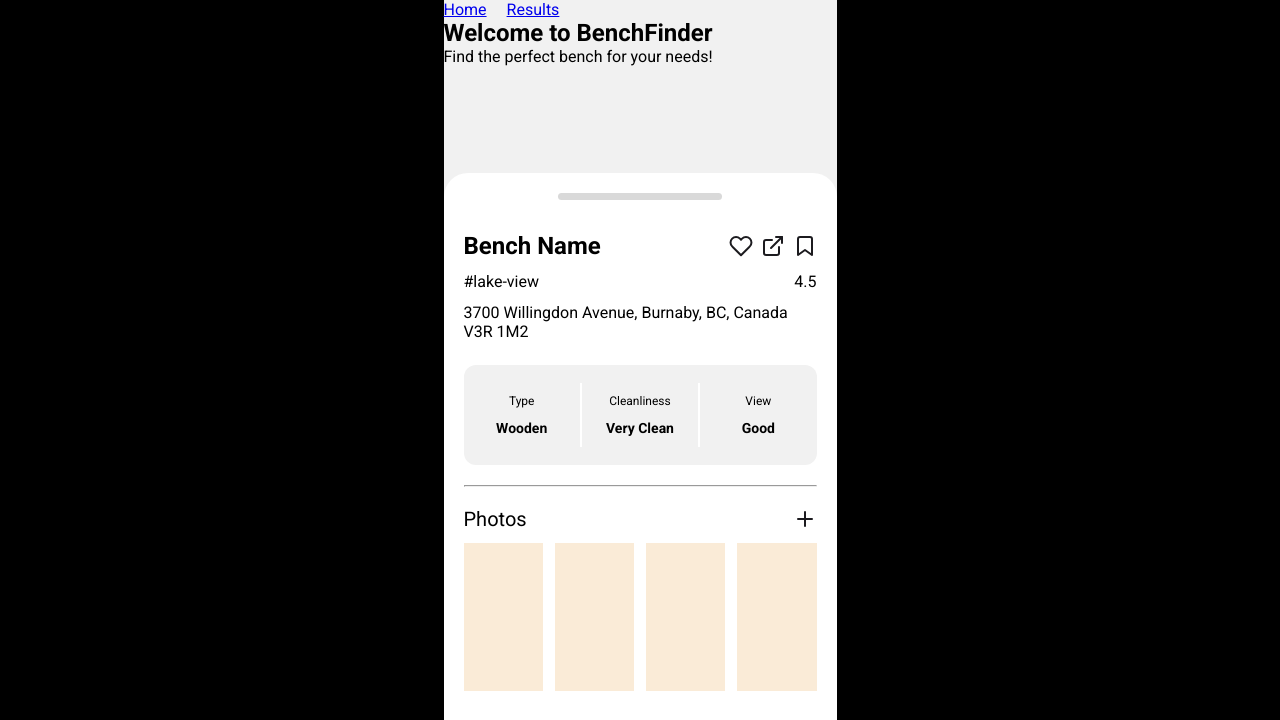
Repository: HidayatPatil/BenchFinder
Page: /
These files come from the project's save history. The page is drawn as it stood at one moment and after the next save; the edit follows.
The browser window is 1280 px wide. The pictures show the whole page.
The project was rebuilt for these pictures with package versions that can differ from the ones it lists, and the page was loaded fresh each time. Also part of the build but not shown: vite.config.js, src/Results.jsx.

Above is the page before, as saved 2025-10-09 22:05:05.

### index.html
<!doctype html>
<html lang="en">
  <head>
    <meta charset="UTF-8" />
    <link rel="icon" type="image/svg+xml" href="/vite.svg" />
    <meta name="viewport" content="width=device-width, initial-scale=1.0" />
    <title>benchfinder</title>
  </head>
  <body>
    <div id="root"></div>
    <script type="module" src="/src/main.jsx"></script>
  </body>
</html>

### src/index.css
@import url("https://fonts.googleapis.com/css2?family=Roboto:wght@400;700&display=swap");

/* Reset default margins and padding */
* {
  margin: 0;
  padding: 0;
  box-sizing: border-box;
}

body,
html {
  width: 100%;
  height: 100%;
  overflow: hidden;
  background-color: black;
  display: flex;
  justify-content: center;
  align-items: center;
  font-family: "Roboto", sans-serif;
  /* overflow: auto; */
}

#root {
  width: 393px;
  min-width: 320px;
  max-width: 425px;
  height: 100vh;
  background-color: rgb(0, 0, 0);
  position: relative;
}

.app_body {
  width: 393px;
  min-width: 320px;
  max-width: 425px;
  height: 100%;
  background-color: #f1f1f1;
  margin: 0 auto;
  position: relative;
}

.drawer_container {
  height: 547px;
  width: 100%;
  position: absolute;
  bottom: 0;
  padding: 0 20px;
  background-color: #ffffff;
  border-radius: 24px 24px 0 0;
}

.drawer_handle {
  width: 164px;
  height: 7px;
  border-radius: 100px;
  background-color: #d9d9d9;
  margin: 20px auto 32px auto;
}

.bench_data {
  display: flex;
  flex-direction: column;
  gap: 20px;
}

.bench_information {
  display: flex;
  flex-direction: column;
  gap: 24px;
}

.data_metadata {
  display: flex;
  flex-direction: column;
  gap: 12px;
}

.metadata_name_options {
  display: flex;
  justify-content: space-between;
  align-items: center;

  h2 {
    font-size: 24px;
    font-weight: 600;
  }

  .bench_metadata_options {
    display: flex;
    gap: 8px;
  }

  .option_icons {
    height: 24px;
    width: 24px;
    color: #1c1b1f;
  }
}

.metadata_tags_rating {
  display: flex;
  justify-content: space-between;
  align-items: center;
}

.data_bench_overview {
  display: flex;
  justify-content: space-between;
  gap: 24px;
  align-items: center;
  background-color: #f1f1f1;
  padding: 16px 24px;
  text-align: center;
  height: 100px;
  border-radius: 12px;

  .bench_overview_container {
    display: flex;
    flex-direction: column;
    gap: 12px;
    flex: 1;
  }

  .overview_title {
    font-size: 12px;
    font-weight: 500;
  }

  .overview_content {
    font-size: 14px;
    font-weight: 600;
  }

  .box_data_seperators {
    background-color: white;
    height: 64px;
    width: 2px;
  }
}

.bench_photos {
  display: flex;
  flex-direction: column;
  gap: 12px;

  .photos_heading {
    display: flex;
    justify-content: space-between;
    align-items: center;

    h3 {
      font-size: 20px;
      font-weight: 500;
    }

    .option_icons {
      height: 24px;
      width: 24px;
      color: #1c1b1f;
    }
  }
}

.photos_gallery {
    display: flex;
    gap: 12px;
    align-items: flex-start;
    overflow: auto;
  }

.gallery_image {
        background-color: antiquewhite;
        height: 148px;
        width: 148px;
        /* flex: 1; */
    }

### src/App.jsx
import { Routes, Route, Link } from 'react-router-dom'
import Result from './Results'
import Home from './Home'

export default function App(){
  return (
    <div className="app_body">
      {/* <h1 className="container">BenchFinder App</h1> */}
      <nav>
        <Link to="/" style={{ marginRight: '20px' }}>Home</Link>
        <Link to="/results">Results</Link>
      </nav>

      <Routes>
        <Route path="/" element={<Home />} />
        <Route path="/results" element={<Result />} />
      </Routes>
    </div>
  )
}

### src/Home.jsx
import ContentDrawer from "./components/contentDrawer"

export default function Home() {
  return (
    <div>
      <h2>Welcome to BenchFinder</h2>
      <p>Find the perfect bench for your needs!</p>
      <div className="google_maps">
        <img />
      </div>
      <ContentDrawer />
    </div>
  )
}

### src/components/contentDrawer.jsx
import { FiHeart } from "react-icons/fi";
import { FiExternalLink } from "react-icons/fi";
import { FiBookmark } from "react-icons/fi";
import { FiPlus } from "react-icons/fi";
import { IconContext } from "react-icons";

export default function ContentDrawer() {
  return (
    <div className="drawer_container">
      <div className="drawer_handle"></div>
      <div className="bench_data">
        {" "}
        {/* main container holding data */}
        <div className="bench_information">
          {" "}
          {/* section above the line break */}
          <div className="data_metadata">
            <div className="metadata_name_options">
              <h2>Bench Name</h2>
              <div className="bench_metadata_options">
                <IconContext.Provider value={{ className: "option_icons" }}>
                  <FiHeart />
                  <FiExternalLink />
                  <FiBookmark />
                </IconContext.Provider>
              </div>
            </div>
            <div className="metadata_tags_rating">
              <div className="bench_tags">#lake-view</div>
              <div className="bench_rating">4.5</div>
            </div>
            <p className="metadata_address">
              3700 Willingdon Avenue, Burnaby, BC, Canada V3R 1M2
            </p>
          </div>
          <div className="data_bench_overview">
            <div className="bench_overview_container">
              <h4 className="overview_title">Type</h4>
              <p className="overview_content">Wooden</p>
            </div>
            <span className="box_data_seperators" />
            <div className="bench_overview_container">
              <h4 className="overview_title">Cleanliness</h4>
              <p className="overview_content">Very Clean</p>
            </div>
            <span className="box_data_seperators" />
            <div className="bench_overview_container">
              <h4 className="overview_title">View</h4>
              <p className="overview_content">Good</p>
            </div>
          </div>
        </div>
        <hr /> {/* line break */}
        <div className="bench_photos">
          <div className="photos_heading">
            <h3>Photos</h3>
            <IconContext.Provider value={{ className: "option_icons" }}>
              <FiPlus />
            </IconContext.Provider>
          </div>
          <div className="photos_gallery">
            <div className="gallery_image"></div>
            <div className="gallery_image"></div>
            <div className="gallery_image"></div>
            <div className="gallery_image"></div>
          </div>
        </div>
      </div>
    </div>
  );
}

Loaded but not shown: src/main.jsx (common file)

After the next save:
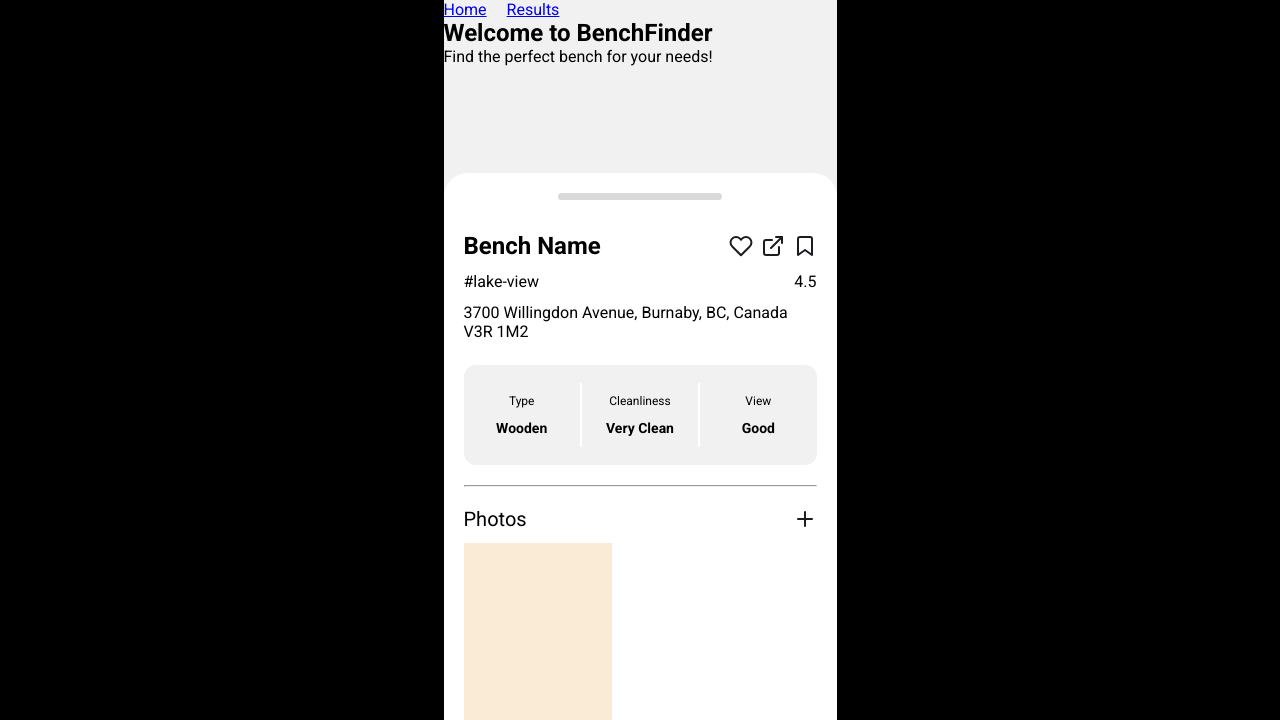
Saved 5 s later.
--- a/src/index.css
+++ b/src/index.css
@@ -162,10 +162,10 @@ html {
 }
 
 .photos_gallery {
-    display: flex;
+    /* display: flex;
     gap: 12px;
     align-items: flex-start;
-    overflow: auto;
+    overflow: auto; */
   }
 
 .gallery_image {
